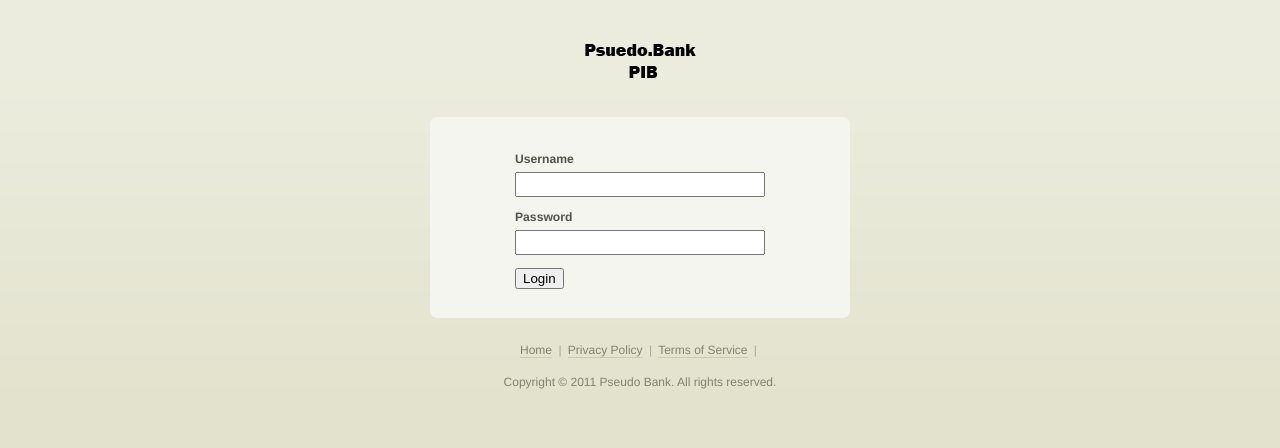
Repository: hareth12/Final-Year-Project
Page: http://localhost/pibChinese/
These files come from the project's save history. The page is drawn as it stood at one moment and after the next save; the edit follows.
The browser window is 1280 px wide. The pictures show the whole page.
The page is served by Tomcat 9.

Above is the page before, as saved 2011-09-29 03:13:44.

After the next save:
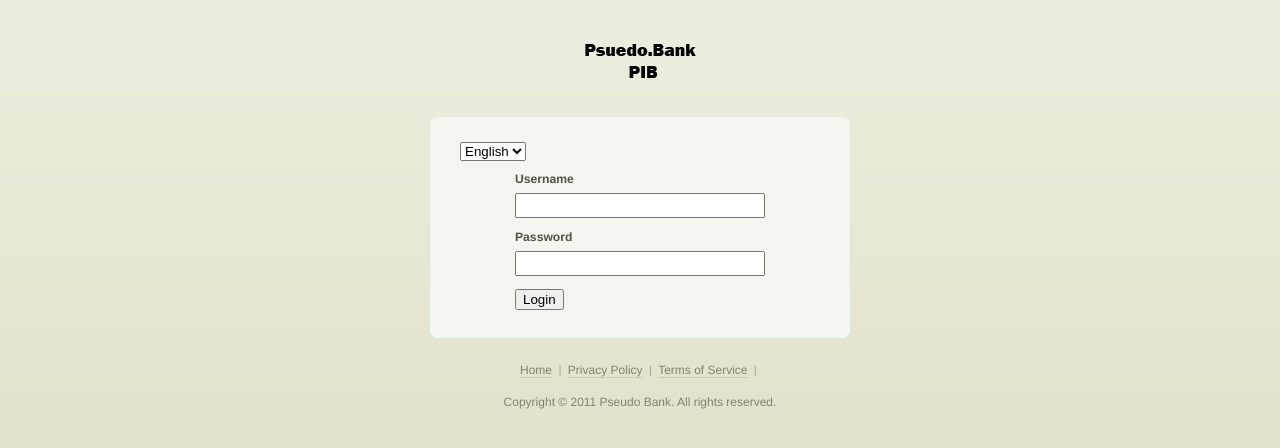
Saved 4 min 57 s later.
--- a/pibChinese/WebContent/index.jsp
+++ b/pibChinese/WebContent/index.jsp
@@ -12,7 +12,12 @@
     <div class="container">
         <div id="topcorners"><div class="cleft"></div><div class="cright"></div></div>
         <div id="content">
-
+                <form method="post" action="/pib/Index">
+            	<select name="language" onchange='this.form.submit()'>
+				  <option value="english">English</option>
+				  <option value="chinese">&#20013;&#25991;</option>
+				</select>
+				</form>
 
 
 
